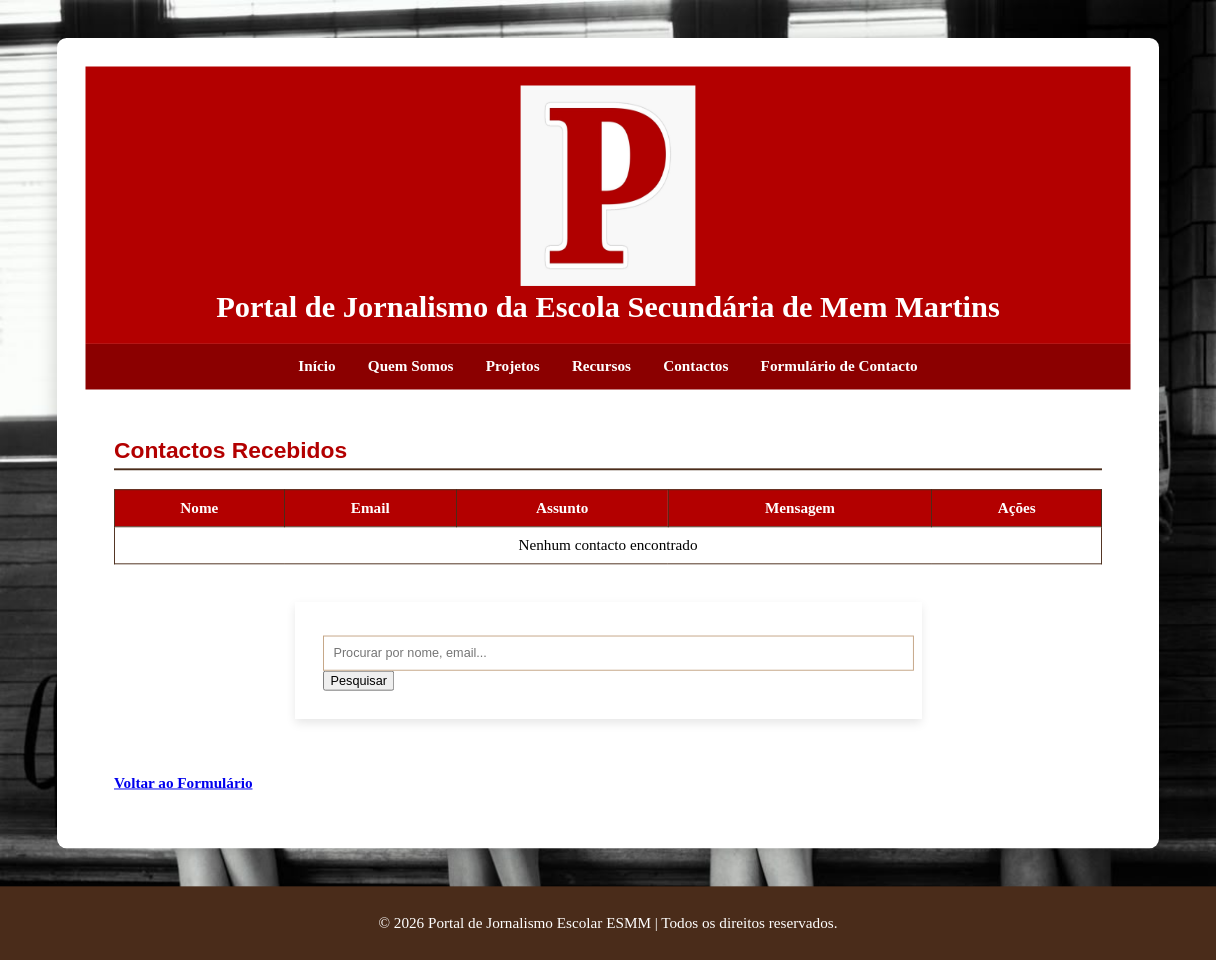
Repository: Sofiampsantos/Portal-de-Jornalismo-Escolar
Page: http://localhost/FormularioContacto/ListarContatosServlet?ordem=nome
An editor plug-in stored every save of this project. The page is shown before and after the next save, followed by the edit.
The browser window is 1280 px wide. The pictures show the whole page, at 95% of full size.
Backgrounds fixed to the window are drawn as part of the page. Some web fonts or font styles are not loaded; a fallback is used. The page is served by Tomcat 10. Other server files are loaded and not shown. Queries for data that is not in the repository find no rows.

Above is the page before, as saved 2026-05-23 19:34:06.
Console error: TypeError: Cannot set properties of null (setting 'innerText')

### ProjetoProgV2/FormularioContacto/src/main/webapp/listar.jsp
<%@ page language="java" contentType="text/html; charset=UTF-8" pageEncoding="UTF-8"%>
<%@ page import="java.util.List"%>

<!DOCTYPE html>
<html>
<head>
<meta charset="UTF-8">
<title>Portal de Jornalismo Escolar - ESMM - Lista de Contactos</title>
<link rel="stylesheet" href="${pageContext.request.contextPath}/styles/estilo.css">
</head>

<body style="background-image: url('${pageContext.request.contextPath}/img/jornmulheres.jpg'); background-size: cover; background-repeat: no-repeat; background-attachment: fixed; background-position: center;">

  <div class="container">

    <header id="topo">
        <img alt="Fotografia do Portal de Jornalismo Escolar"
             src="${pageContext.request.contextPath}/img/logoP.jpg" style="width: 184px; height: 211px;">
        <h1>Portal de Jornalismo da Escola Secundária de Mem Martins</h1>
    </header>

    <nav id="navegacao">
        <ul>
            <li><a href="index.html">Início</a></li>
            <li><a href="quem_somos.html">Quem Somos</a></li>
            <li><a href="projetos.html">Projetos</a></li>
            <li><a href="recursos.html">Recursos</a></li>
            <li><a href="contactos.html">Contactos</a></li>
            <li><a href="contato.jsp">Formulário de Contacto</a></li>
        </ul>
    </nav>

    <section id="conteudo">
        <h2>Contactos Recebidos</h2>

        <table border="1" style="width: 100%; margin-bottom: 20px; background-color: white; color: black;">

			<tr>
                <th><a href="ListarContatosServlet?ordem=nome" style="color: white; text-decoration: none;">Nome</a></th>
                <th><a href="ListarContatosServlet?ordem=email" style="color: white; text-decoration: none;">Email</a></th>
                <th><a href="ListarContatosServlet?ordem=assunto" style="color: white; text-decoration: none;">Assunto</a></th>
                <th style="color: white;">Mensagem</th>
                <th style="color: white;">Ações</th>
            </tr>

            <%
            List<String[]> contatos = (List<String[]>) request.getAttribute("contatos");

            if (contatos != null && !contatos.isEmpty()) {
                for (String[] c : contatos) {
            %>
                <tr>
                    <td><%= c[1] %></td>
                    <td><%= c[2] %></td>
                    <td><%= c[3] %></td>
                    <td><%= c[4] %></td>
                    <td>
                        <a href="EditarContatoServlet?id=<%= c[0] %>">Editar</a> |
                        <a href="ApagarContatoServlet?id=<%= c[0] %>" onclick="return confirm('Tens a certeza que queres apagar?');">Apagar</a>
                    </td>
                </tr>
            <%
                }
            } else {
            %>
                <tr>
                    <td colspan="5">Nenhum contacto encontrado</td>
                </tr>
            <%
            }
            %>
        </table>

        <form action="ProcurarContatoServlet" method="get">
            <input type="text" name="busca" placeholder="Procurar por nome, email...">
            <button type="submit">Pesquisar</button>
        </form>

        <br>
        <a href="contato.jsp" style="font-weight: bold;">Voltar ao Formulário</a>
    </section>
  </div>

  <footer id="rodape">
      <p>&copy; 2026 Portal de Jornalismo Escolar ESMM | Todos os direitos reservados.</p>
  </footer>

  <script src="${pageContext.request.contextPath}/scripts/script.js"></script>

</body>
</html>

### ProjetoProgV2/FormularioContacto/src/main/java/br/com/formulario/ListarContatosServlet.java
package br.com.formulario;

import java.io.IOException;
import java.sql.Connection;
import java.sql.DriverManager;
import java.sql.ResultSet;
import java.sql.Statement;
import java.util.ArrayList;
import java.util.List;

import jakarta.servlet.ServletException;
import jakarta.servlet.annotation.WebServlet;
import jakarta.servlet.http.HttpServlet;
import jakarta.servlet.http.HttpServletRequest;
import jakarta.servlet.http.HttpServletResponse;

@WebServlet("/ListarContatosServlet")
public class ListarContatosServlet extends HttpServlet {

	private static final long serialVersionUID = 1L;

	protected void doGet(HttpServletRequest request, HttpServletResponse response)
			throws ServletException, IOException {

		List<String[]> contatos = new ArrayList<>();
		String ordenarPor = request.getParameter("ordem");

		if (ordenarPor == null ||
				(!ordenarPor.equals("nome") &&
				 !ordenarPor.equals("email") &&
				 !ordenarPor.equals("assunto"))) {
			ordenarPor = "nome";
		}

		Connection conn = null;
		Statement stmt = null;
		ResultSet rs = null;

		try {

			Class.forName("com.mysql.cj.jdbc.Driver");


			String url = "jdbc:mysql://localhost:3306/Clube_db";
			conn = DriverManager.getConnection(url, "root", "");

			stmt = conn.createStatement();


			String sql = "SELECT id, nome, email, assunto, mensagem FROM contatos ORDER BY " + ordenarPor + " ASC";
			rs = stmt.executeQuery(sql);

			while (rs.next()) {
			    contatos.add(new String[]{
			        rs.getString("id"),
			        rs.getString("nome"),
			        rs.getString("email"),
			        rs.getString("assunto"),
			        rs.getString("mensagem")
			    });
			}

		} catch (Exception e) {
			e.printStackTrace();
		} finally {

			try { if (rs != null) rs.close(); } catch (Exception e) {}
			try { if (stmt != null) stmt.close(); } catch (Exception e) {}
			try { if (conn != null) conn.close(); } catch (Exception e) {}
		}


		request.setAttribute("contatos", contatos);
		request.getRequestDispatcher("listar.jsp").forward(request, response);
	}
}

### ProjetoProgV2/FormularioContacto/src/main/webapp/styles/estilo.css
@charset "UTF-8";
@import url('https://fonts.googleapis.com/css2?family=League+Spartan:wght@400;600;700&display=swap');


/* ===== ESTILO GERAL ===== */
body {
    margin: 0;
    padding: 0;
    font-family: "Times New Roman", Times, serif;
    color: #4a2c1a;
}

.container {
    max-width: 1100px;
    margin: 40px auto;
    background-color: white;
    padding: 30px;
    border-radius: 10px;
    box-shadow: 0 0 20px rgba(0,0,0,0.2);
}

/* ===== CABEÇALHO ===== */
#topo {
    background-color: #b30000;
    color: #ffffff;
    padding: 20px;
    text-align: center;
}

#topo h1 { margin: 0; }

/* ===== NAVEGAÇÃO ===== */
nav {
    display: flex;
    justify-content: center;
    background-color: #8B0000;
    padding: 15px 0;
}

nav ul {
    list-style: none;
    padding: 0;
    margin: 0;
}

nav ul li {
    display: inline;
    margin: 0 15px;
}

nav a {
    color: white;
    text-decoration: none;
    font-weight: bold;
}

nav a:hover {
    text-decoration: underline;
}

/* ===== CONTEÚDO E TÍTULOS ===== */
#conteudo { padding: 30px; animation: aparecer 2s ease-in; }

h2 {
    color: #b30000;
    border-bottom: 2px solid #4a2c1a;
    padding-bottom: 5px;
    font-family: 'League Spartan', Arial, sans-serif;
}

p { line-height: 1.6; }

/* ===== IMAGENS ===== */
/* Imagem do logo com classe específica */
.logo { width: 184px; height: 211px; }

/* Imagens do conteúdo */
section img {
    width: 240px;
    height: auto;
    margin: 5px;
}

/* ===== TABELA ===== */
table {
    width: 90%;
    margin: 20px auto;
    border-collapse: collapse;
}

th, td {
    padding: 10px;
    border: 1px solid #4a2c1a;
    text-align: center;
}

th { background-color: #b30000; color: #ffffff; }

/* CORREÇÃO MÁXIMA: Força os links de ordenação a ficarem brancos em qualquer estado */
th a,
th a:link,
th a:visited,
th a:active {
    color: #ffffff !important;
    text-decoration: none !important;
}

th a:hover {
    text-decoration: underline !important;
    color: #ffffff !important;
}

/* ===== FORMULÁRIO ===== */
form {
    max-width: 600px;
    margin: 40px auto;
    padding: 30px;
    box-shadow: 0 4px 10px rgba(0, 0, 0, 0.1);
}

form input, form textarea, form select {
    width: 100%;
    padding: 10px;
    margin-top: 5px;
    border: 1px solid #c4a484;
}

/* ===== RODAPÉ ===== */
#rodape {
    background-color: #4a2c1a;
    color: #ffffff;
    text-align: center;
    padding: 10px;
    margin-top: 40px;
}

/* ===== ANIMAÇÕES ===== */
@keyframes aparecer {
    from { opacity: 0; }
    to { opacity: 1; }
}

.card { transition: transform 0.3s ease; }
.card:hover { transform: translateY(-5px); }


/* Remove a linha vermelha grossa de cima da pesquisa */
.container form,
#conteudo form,
form[action*="pesquisar"],
form[action*="buscar"] {
    border-top: none !important;
}

### ProjetoProgV2/FormularioContacto/src/main/webapp/scripts/script.js
function mostrarMensagem() {
	alert("Estás no Portal de Jornalismo Escolar!");
}

function confirmarPortal() {
	var resposta = confirm("Tens uma notícia ou sugestão?");
	var paragrafo = document.getElementById("resposta");

	if (paragrafo) {
		if(resposta) {
			paragrafo.innerHTML = "Obrigado por contribuir para o Portal Escolar.";
		} else {
			paragrafo.innerHTML = "Talvez noutra altura!";
		}
	} else {
		alert("Erro: element <p id= 'resposta'> não encontrado");
	}
}

function validarFormulario(){
	var nome = document.formulario.nome.value;

	if (nome == "") {
		alert("Por favor, preenche o campo Nome.")
		return false;
}
		alert("Formulário enviado com sucesso!");
		return true;
}

function pedirNome(){
	var nome = prompt("Qual é o teu nome?");

	if (nome != nul && nome != "") {
		documente.getElementById("boasvindas").innerHTML =
		"Olá, " + nome + "! Bem-vindo ao Portal Escolar.";
	}
}

document.addEventListener("DOMContentLoaded", function (){
	document.getElementById("mensagem").innerText=
	"Site carregado com sucesso!";

});

/**`
*
*/

After the next save:
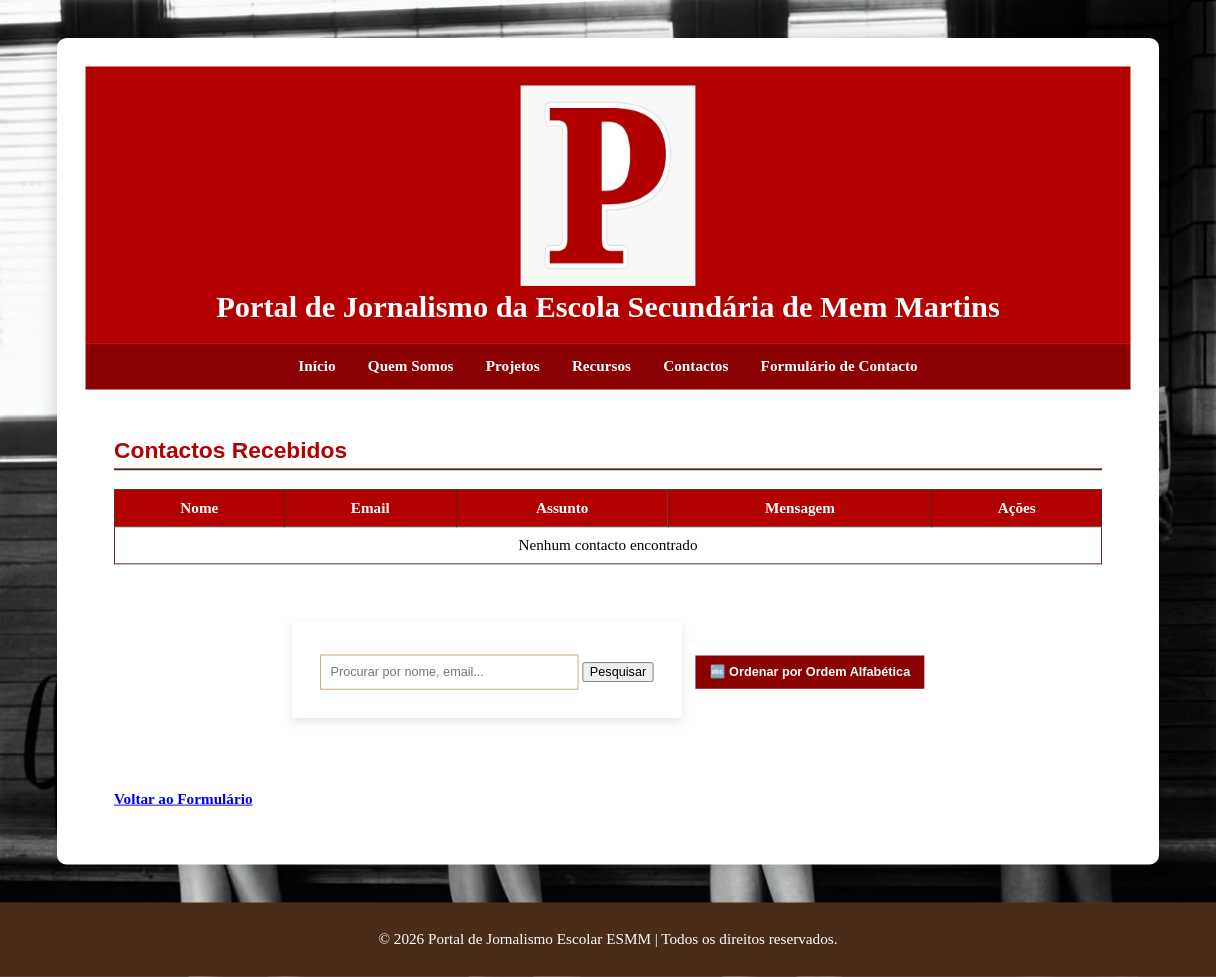
Saved 12 min 3 s later.
--- a/ProjetoProgV2/FormularioContacto/src/main/webapp/listar.jsp
+++ b/ProjetoProgV2/FormularioContacto/src/main/webapp/listar.jsp
@@ -36,9 +36,9 @@
         <table border="1" style="width: 100%; margin-bottom: 20px; background-color: white; color: black;">
 
 			<tr>
-                <th><a href="ListarContatosServlet?ordem=nome" style="color: white; text-decoration: none;">Nome</a></th>
-                <th><a href="ListarContatosServlet?ordem=email" style="color: white; text-decoration: none;">Email</a></th>
-                <th><a href="ListarContatosServlet?ordem=assunto" style="color: white; text-decoration: none;">Assunto</a></th>
+                <th>Nome</th>
+                <th>Email</th>
+                <th>Assunto</th>
                 <th style="color: white;">Mensagem</th>
                 <th style="color: white;">Ações</th>
             </tr>
@@ -71,12 +71,20 @@
             %>
         </table>
 
-        <form action="ProcurarContatoServlet" method="get">
-            <input type="text" name="busca" placeholder="Procurar por nome, email...">
-            <button type="submit">Pesquisar</button>
-        </form>
+        <div style="text-align: center; margin-top: 20px;">
+            <form action="ListarContatosServlet" method="get" style="display: inline-block; margin-right: 10px;">
+                <input type="text" name="busca" placeholder="Procurar por nome, email..." style="width: 250px;">
+                <button type="submit">Pesquisar</button>
+            </form>
 
-        <br>
+            <a href="ListarContatosServlet?ordem=nome" style="text-decoration: none;">
+                <button type="button" style="background-color: #8B0000; color: white; padding: 10px 15px; border: none; cursor: pointer; font-weight: bold;">
+                    🔤 Ordenar por Ordem Alfabética
+                </button>
+            </a>
+        </div>
+
+        <br><br>
         <a href="contato.jsp" style="font-weight: bold;">Voltar ao Formulário</a>
     </section>
   </div>
